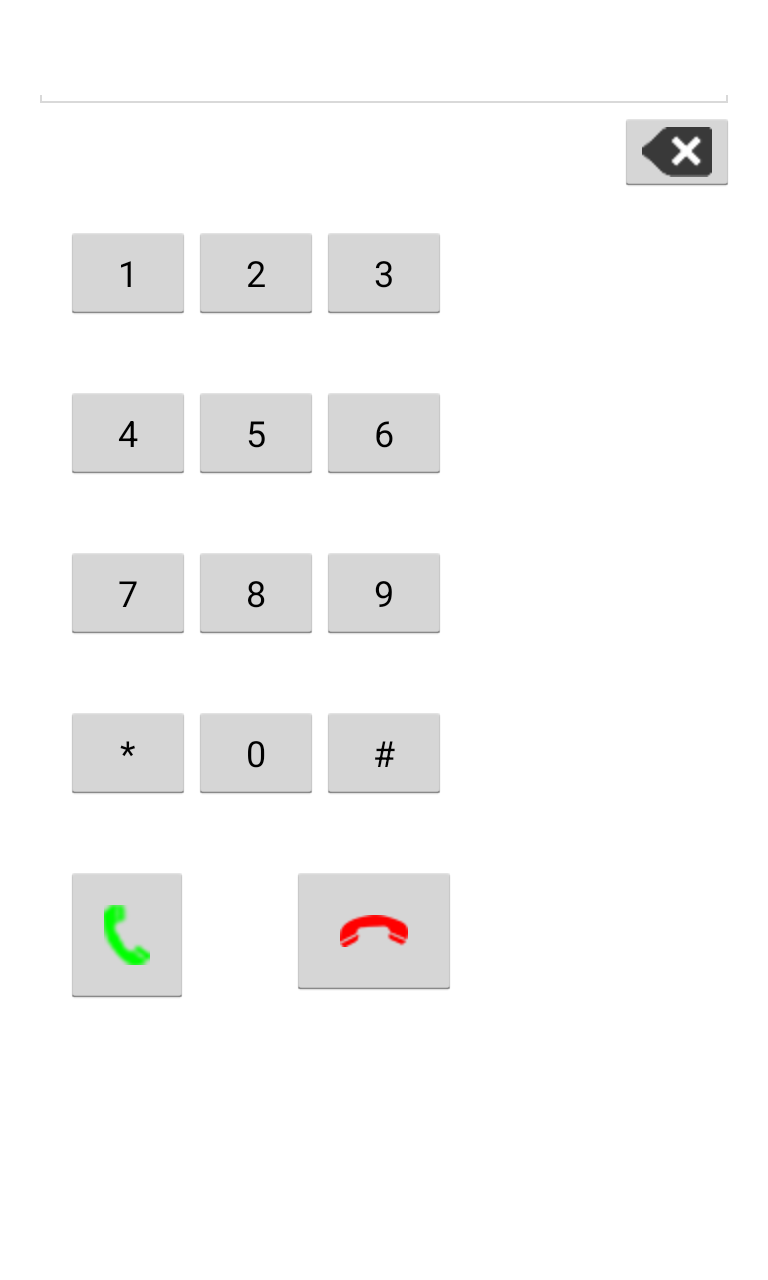
Repository: andreeastoican/Laborator03
Layout: PhoneDialer/res/layout/activity_phone_dialer.xml
The author's editor kept a copy of each file at every save. The layout is drawn from the files as they stood at one save, then again after the next save.
It is drawn on a 768 x 1280 px phone screen (xhdpi) without system bars, with theme AppTheme; the app's code is not run.

Above is the layout before, as saved 2015-03-10 09:46:15.

After the next save:
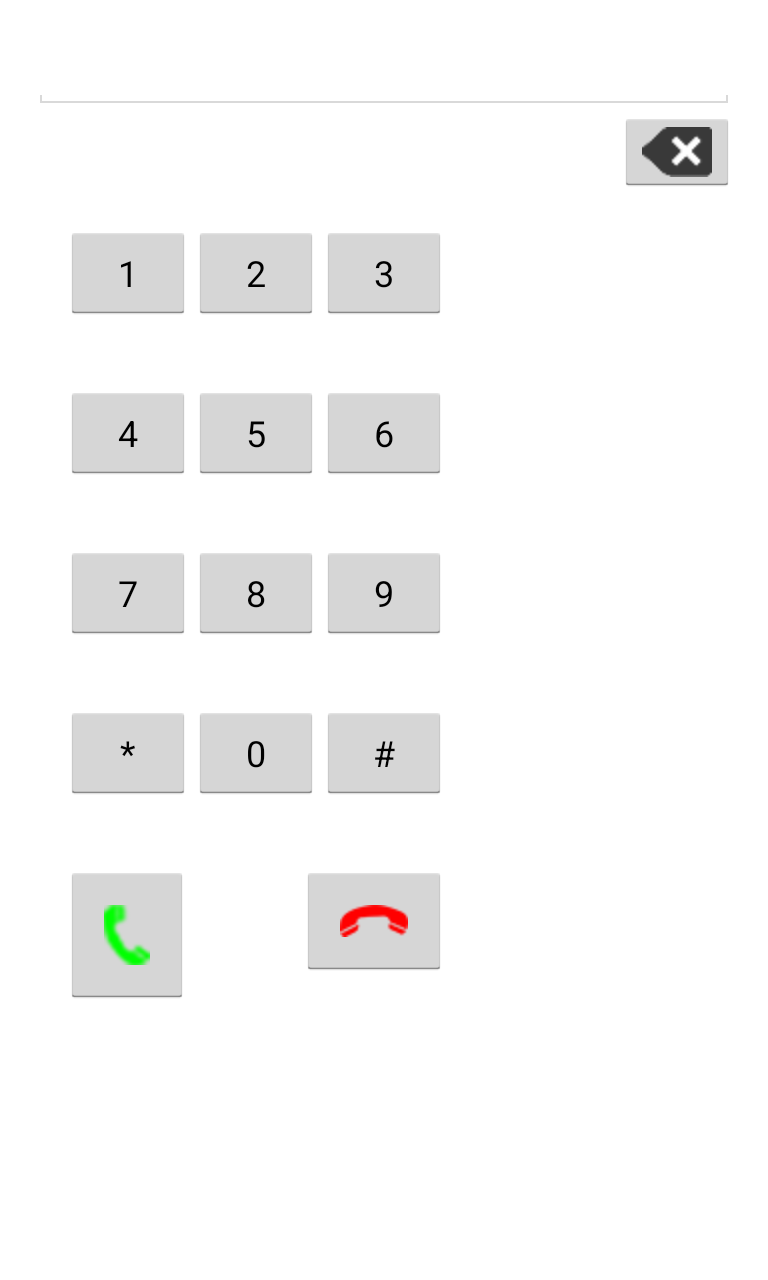
Saved 13 s later.
--- a/PhoneDialer/res/layout/activity_phone_dialer.xml
+++ b/PhoneDialer/res/layout/activity_phone_dialer.xml
@@ -178,8 +178,8 @@
 	        android:layout_height="wrap_content"
 	        android:text="#"
 	        android:layout_toRightOf="@id/img_on"
-	        android:padding="25dp"
-	        android:layout_marginLeft="50dp"
+	        android:padding="20dp"
+	        android:layout_marginLeft="55dp"
 	        android:src="@drawable/hangup"
 		    />
 	</RelativeLayout>"
